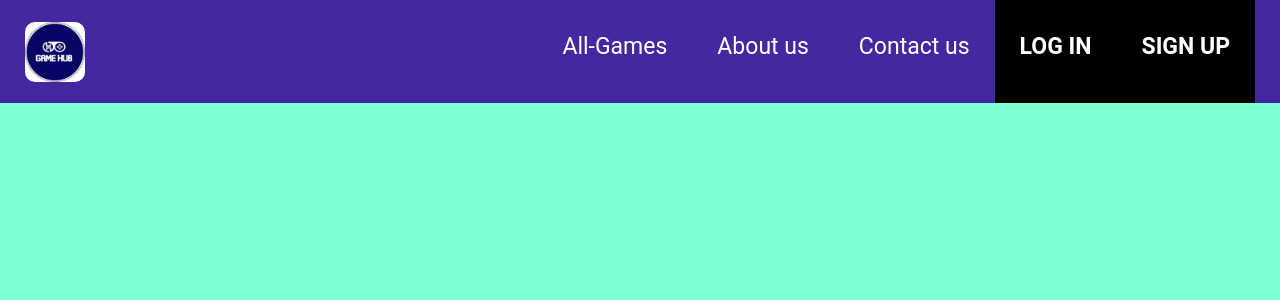
Repository: Fariaddd/HTML-CSS-reset
Page: index.html
An editor plug-in stored every save of this project. The page is shown before and after the next save, followed by the edit.
The browser window is 1280 px wide. The pictures show the whole page.
Some web fonts or font styles are not loaded; a fallback is used.

Above is the page before, as saved 2022-04-01 17:39:22.

After the next save:
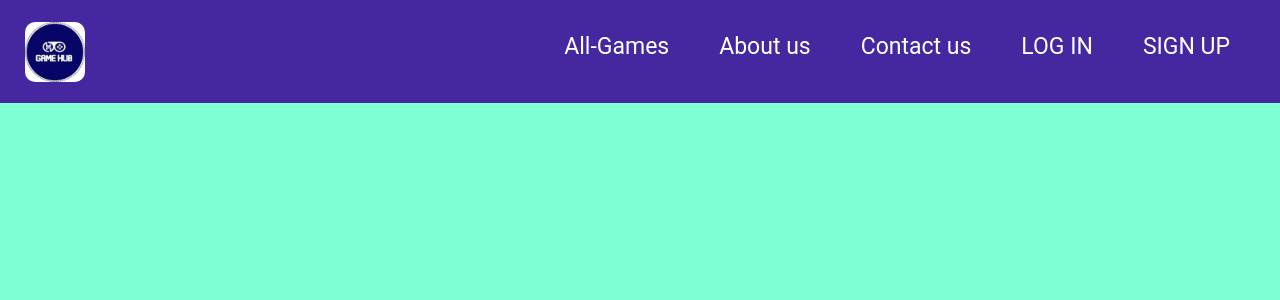
Saved 34 s later.
--- a/index.html
+++ b/index.html
@@ -24,7 +24,7 @@
           <li><a href="./about.html">About us</a></li>
           <li><a href="./concats.html">Contact us</a></li>
         </ul>
-        <ul class="menu links">
+        <ul class="menu ">
             <li>
               <a href="./login.html" >LOG IN</a>
             </li>
